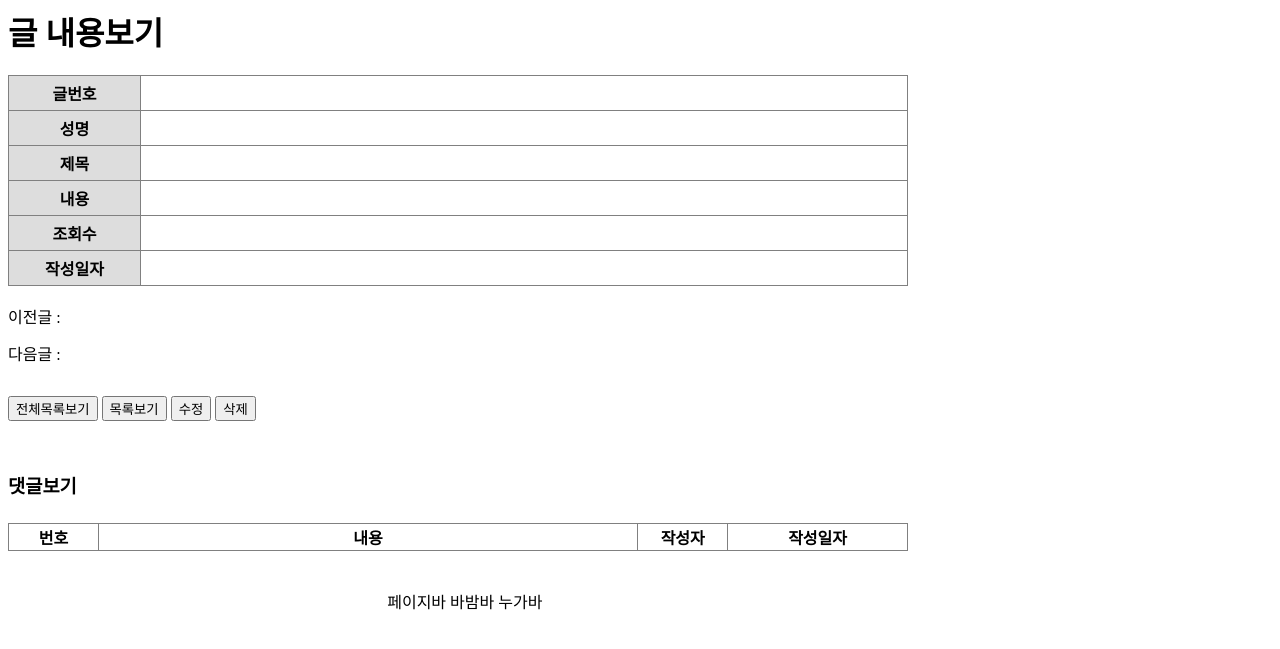
Repository: gold37/Spring
Page: http://localhost/Board/WEB-INF/views/tiles1/board/view.jsp
The author's editor kept a copy of each file at every save. The page is drawn from the files as they stood at one save, then again after the next save.
The browser window is 1280 px wide. The pictures show the whole page.
The page is served by Tomcat 9. Nobody is signed in. Other server files are loaded and not shown. The template is opened directly, without the code that normally fills it, so the values that code supplies are empty.

Above is the page before, as saved 2020-07-24 00:19:18.
Console error: ReferenceError: $ is not defined

### springworkspace/Board/src/main/webapp/WEB-INF/views/tiles1/board/view.jsp
<%@ page language="java" contentType="text/html; charset=UTF-8"
    pageEncoding="UTF-8"%>

<%@ taglib prefix="c" uri="http://java.sun.com/jsp/jstl/core" %>

<style>

table, th, td, input, textarea {
	border: solid gray 1px;
}

#table, #table2 {
	border-collapse: collapse;
 	width: 900px;
}

#table th, #table td{padding: 5px;}
#table th{width: 120px; background-color: #DDDDDD;}
#table td{width: 750px;}
.long {width: 470px;}
.short {width: 120px;}

.move {cursor: pointer;}
.moveColor {font-weight: bold;}

a {text-decoration: none !important;}


</style>

<script type="text/javascript">

	$(document).ready(function(){

		$(".move").hover(function(){
						$(this).addClass("moveColor");
					},
					function(){
						$(this).removeClass("moveColor");
					});

		//goReadComment(); // 페이징 처리 안한 댓글 읽어오기
	      goViewComment("1"); //페이징 처리한 댓글 읽어오기

	}); // end of $(document).ready(function(){})----------------



	// === 댓글쓰기 === //
	function goAddWrite() {
		var frm = document.addWriteFrm;
		var contentVal = frm.content.value.trim();
		if(contentVal=="") {
			alert("댓글 내용을 입력하세요!!");
			return;
		}

		var form_data = $("form[name=addWriteFrm]").serialize();

		$.ajax({
			url:"<%= request.getContextPath()%>/addComment.action",
			data:form_data,
			type:"POST",
			dataType:"JSON",
			success:function(json){
				if(json.n == 1) {
				//	goReadComment(); // 페이징 처리 안한 댓글 읽어오기
				}
				else {
					alert("댓글쓰기 실패!!");
				}

				frm.content.value = "";
			},
			error: function(request, status, error){
				alert("code: "+request.status+"\n"+"message: "+request.responseText+"\n"+"error: "+error);
			}
		});

	}// end of function goAddWrite()----------------------


	// === 페이징 처리 안한 댓글 읽어오기  === //
	function goReadComment() {
		$.ajax({
			url:"<%= request.getContextPath()%>/readComment.action",
			data:{"parentSeq":"${boardvo.seq}"},
			dataType:"JSON",
			success:function(json){
				var html = "";
				if(json.length > 0) {
					$.each(json, function(index, item){
						html += "<tr>";
						html += "<td style='text-align: center;'>"+(index+1)+"</td>";
						html += "<td>"+item.content+"</td>";
						html += "<td style='text-align: center;'>"+item.name+"</td>";
						html += "<td style='text-align: center;'>"+item.regDate+"</td>";
						html += "</tr>";
					});
				}
				else {
					html += "<tr>";
					html += "<td colspan='4' style='text-align: center;'>댓글이 없습니다.</td>";
					html += "</tr>";
				}

				$("#commentDisplay").html(html);
			},
			error: function(request, status, error){
				alert("code: "+request.status+"\n"+"message: "+request.responseText+"\n"+"error: "+error);
			}
		});

	}// end of function goReadComment()--------------------



	// === #125. Ajax로 불러온 댓글내용을 페이징 처리하기  === //
	function goViewComment(currentShowPageNo) {
		$.ajax({
			url:"<%= request.getContextPath()%>/commentList.action",
			data:{"parentSeq":"${boardvo.seq}",
				  "currentShowPageNo":currentShowPageNo}, // 몇페이지를 보고싶은지
			dataType:"JSON",
			success:function(json){
				var html = "";
				if(json.length > 0) {
					$.each(json, function(index, item){
						html += "<tr>";
						html += "<td style='text-align: center;'>"+(index+1)+"</td>";
						html += "<td>"+item.content+"</td>";
						html += "<td style='text-align: center;'>"+item.name+"</td>";
						html += "<td style='text-align: center;'>"+item.regDate+"</td>";
						html += "</tr>";
					});
				}
				else {
					html += "<tr>";
					html += "<td colspan='4' style='text-align: center;'>댓글이 없습니다.</td>";
					html += "</tr>";
				}

				$("#commentDisplay").html(html);

				// 페이지바 함수 호출
				makeCommentPageBar(currentShowPageNo);
			},
			error: function(request, status, error){
				alert("code: "+request.status+"\n"+"message: "+request.responseText+"\n"+"error: "+error);
			}
		});

	}// end of function goReadComment()--------------------


	// === 댓글내용 페이지바 Ajax로 만들기 === //
	function makeCommentPageBar(currentShowPageNo) {

		$.ajax({
			url:"<%= request.getContextPath()%>/getCommentTotalPage.action",
			data:{"parentSeq":"${boardvo.seq}",
				  "sizePerPage":"5"},
			type:"GET",
			dataType:"JSON",
			success:function(json) {
			//	console.log("전체 페이지 수 : " + json.totalPage);

				if(json.totalPage > 0) {
					// 댓글이 있는 경우

				}
				else {
					// 댓글이 없는 경우
				}

			},
			error: function(request, status, error){
				alert("code: "+request.status+"\n"+"message: "+request.responseText+"\n"+"error: "+error);
			}

		});

	} // end of function makeCommentPageBar(currentShowPageNo) ---------------


</script>


<div style="">
	<h1>글 내용보기</h1>

	<table id="table" style="word-wrap: break-word; table-layout: fixted;">
		<tr>
			<th>글번호</th>
			<td>${boardvo.seq}</td>
		</tr>
		<tr>
			<th>성명</th>
			<td>${boardvo.name}</td>
		</tr>
		<tr>
			<th>제목</th>
			<td>${boardvo.subject}</td>
		</tr>
		<tr>
			<th>내용</th>
			<td>
				<p style="word-break: break-all;">${boardvo.content}</p>
				<%--
					style="word-break: break-all; 은 공백없는 긴영문일 경우 width 크기를 뚫고 나오는 것을 막는 것임.
					그런데 style="word-break: break-all; 나 style="word-wrap: break-word; 은
			       	테이블태그의 <td>태그에는 안되고 <p> 나 <div> 태그안에서 적용되어지므로 <td>태그에서 적용하려면
			    	<table>태그속에 style="word-wrap: break-word; table-layout: fixed;" 을 주면 된다.
				--%>
			</td>
		</tr>
		<tr>
			<th>조회수</th>
			<td>${boardvo.readCount}</td>
		</tr>
		<tr>
			<th>작성일자</th>
			<td>${boardvo.regDate}</td>
		</tr>
	</table>

	<br/>

	<div style="margin-bottom: 1%;">이전글&nbsp;:&nbsp;<span class="move" onclick="javascript:location.href='view.action?seq=${boardvo.previousseq}'">${boardvo.previoussubject}</span></div>
	<div style="margin-bottom: 1%;">다음글&nbsp;:&nbsp;<span class="move" onclick="javascript:location.href='view.action?seq=${boardvo.nextseq}'">${boardvo.nextsubject}</span></div>

	<br/>

	<button type="button" onclick="javascript:location.href='list.action'" >전체목록보기</button>

	<!-- === #124. === -->
	<button type="button" onclick="javascript:location.href='${gobackURL}'" >목록보기</button>

	<button type="button" onclick="javascript:location.href='edit.action?seq=${boardvo.seq}'" >수정</button>
	<button type="button" onclick="javascript:location.href='delete.action?seq=${boardvo.seq}'" >삭제</button>


	<!-- === #83. 댓글쓰기 폼 추가 === -->
	<c:if test="${not empty sessionScope.loginuser}">
		<h3 style="margin-top: 50px;">댓글쓰기 및 보기</h3>
		<form name="addWriteFrm" style="margin-top: 20px;">
			      <input type="hidden" name="fk_userid" value="${sessionScope.loginuser.userid}" />
			성명 : <input type="text" name="name" value="${sessionScope.loginuser.name}" class="short" readonly />
			&nbsp;&nbsp;
			댓글내용 : <input id="commentContent" type="text" name="content" class="long" />

			<!-- 댓글에 달리는 원게시물 글번호(즉, 댓글의 부모글 글번호) -->
			<input type="hidden" name="parentSeq" value="${boardvo.seq}" />

			<button id="btnComment" type="button" onclick="goAddWrite()">확인</button>
			<button type="reset">취소</button>
		</form>
	</c:if>
	<c:if test="${empty sessionScope.loginuser}">
		<h3 style="margin-top: 50px;">댓글보기</h3>
	</c:if>

	<!-- ===== #94. 댓글 내용 보여주기 ===== -->
	<table id="table2" style="margin-top: 2%; margin-bottom: 3%;">
		<thead>
		<tr>
		    <th style="width: 10%; text-align: center;">번호</th>
			<th style="width: 60%; text-align: center;">내용</th>
			<th style="width: 10%; text-align: center;">작성자</th>
			<th style="text-align: center;">작성일자</th>
		</tr>
		</thead>
		<tbody id="commentDisplay"></tbody>
	</table>

	<!-- === #134. 댓글 페이지바 === -->
	<div id="pageBar" style="border: solid 0px gray; margin-left: 30%;">
		페이지바 바밤바 누가바
	</div>

</div>

After the next save:
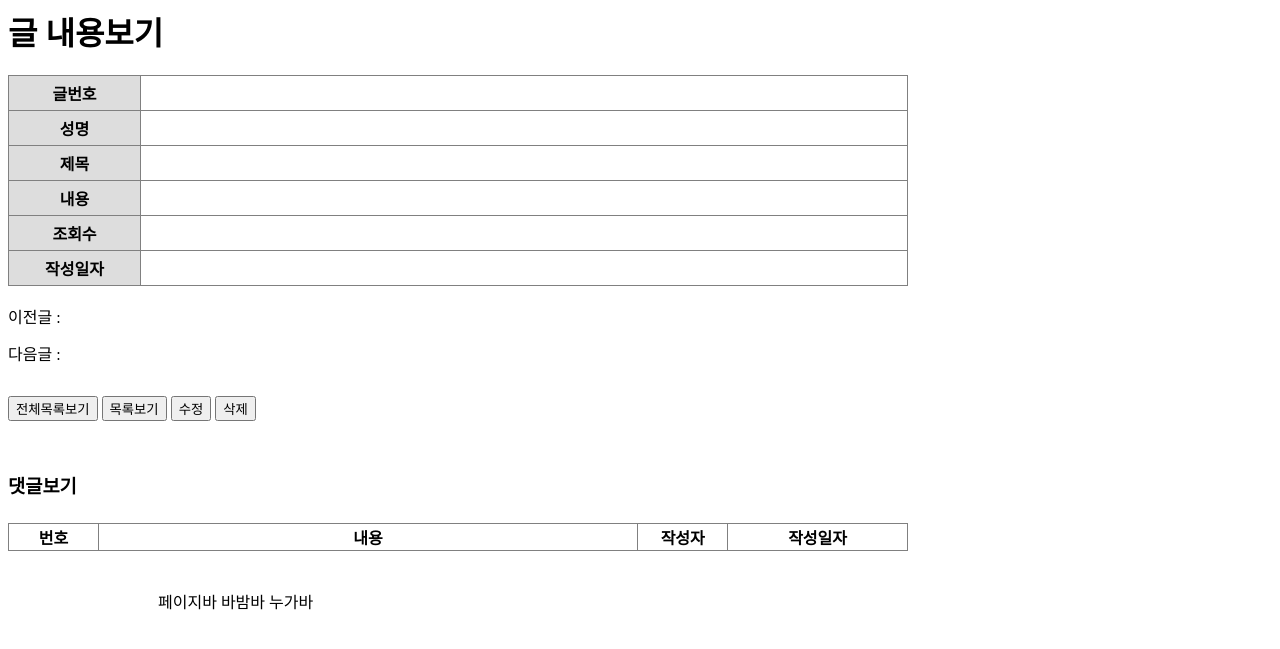
Saved 110 s later.
--- a/springworkspace/Board/src/main/webapp/WEB-INF/views/tiles1/board/view.jsp
+++ b/springworkspace/Board/src/main/webapp/WEB-INF/views/tiles1/board/view.jsp
@@ -274,7 +274,7 @@ a {text-decoration: none !important;}
 	</table>
 
 	<!-- === #134. 댓글 페이지바 === -->
-	<div id="pageBar" style="border: solid 0px gray; margin-left: 30%;">
+	<div id="pageBar" style="padding-left: 150px;">
 		페이지바 바밤바 누가바
 	</div>
 
